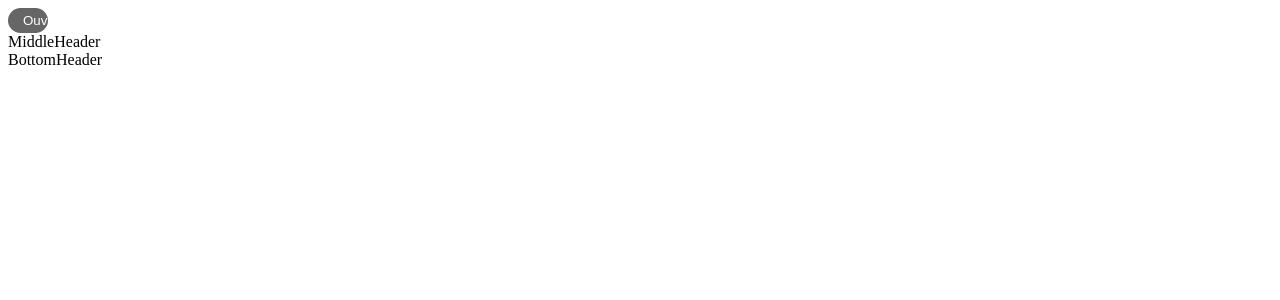
Repository: YuriSarmanho/prodepaSite
Page: / (app in prodepa-site/)
These files come from the project's save history. The page is drawn as it stood at one moment and after the next save; the edit follows.
The browser window is 1280 px wide. The pictures show the whole page.
The project was rebuilt for these pictures with package versions that can differ from the ones it lists, and the page was loaded fresh each time. Also part of the build but not shown: prodepa-site/src/App.css.

Above is the page before, as saved 2022-12-19 14:21:15.

### prodepa-site/public/index.html
<!DOCTYPE html>
<html lang="en">
  <head>
    <meta charset="utf-8" />
    <link rel="icon" href="%PUBLIC_URL%/favicon.ico" />
    <meta name="viewport" content="width=device-width, initial-scale=1" />
    <meta name="theme-color" content="#000000" />
    <meta
      name="description"
      content="Web site created using create-react-app"
    />
    <link rel="apple-touch-icon" href="%PUBLIC_URL%/logo192.png" />

    <link rel="manifest" href="%PUBLIC_URL%/manifest.json" />
    <title>React App</title>
  </head>
  <body>
    <div id="root"></div>
  </body>
</html>

### prodepa-site/src/App.js
import './App.css';
import Header from './sections/Header'

function App() {
  return (
    <>
      <Header/>
    </>
  );
}

export default App;

### prodepa-site/src/sections/Header/index.jsx
import React from 'react'
import TopHeader from './TopHeader'
import MiddleHeader from './MiddleHeader'
import BottomHeader from './BottomHeader'


function Header() {
  return (
    <>
        <TopHeader/>
        <MiddleHeader/>
        <BottomHeader/>
    </>
  )
}

export default Header

### prodepa-site/src/sections/Header/TopHeader/index.jsx
import React from 'react'
import TopHeaderButton from '../../../components/Buttons/TopHeaderButton'


function TopHeader() {
  return (
    <div>
      <TopHeaderButton children = {'Ouvidoria'}/>
    </div>
  )
}

export default TopHeader

### prodepa-site/src/sections/Header/MiddleHeader/index.jsx
import React from 'react'

function MiddleHeader() {
  return (
    <div>MiddleHeader</div>
  )
}

export default MiddleHeader

### prodepa-site/src/sections/Header/BottomHeader/index.jsx
import React from 'react'

function BottomHeader() {
  return (
    <div>BottomHeader</div>
  )
}

export default BottomHeader

### prodepa-site/src/components/Buttons/TopHeaderButton/index.jsx
import React from 'react'
import './index.css'

function TopHeaderButton(props) {
  return (
    <button className='topHeaderButton'>{props.children}</button>
  )
}

export default TopHeaderButton

### prodepa-site/src/components/Buttons/TopHeaderButton/index.css
.topHeaderButton {
    padding: 5px 15px;
    color: #fff;
    background-color: #666 ;
    border: none;
    border-radius: 1rem;
    width: 40px;
}

Loaded but not shown: prodepa-site/src/index.js (common file)

After the next save:
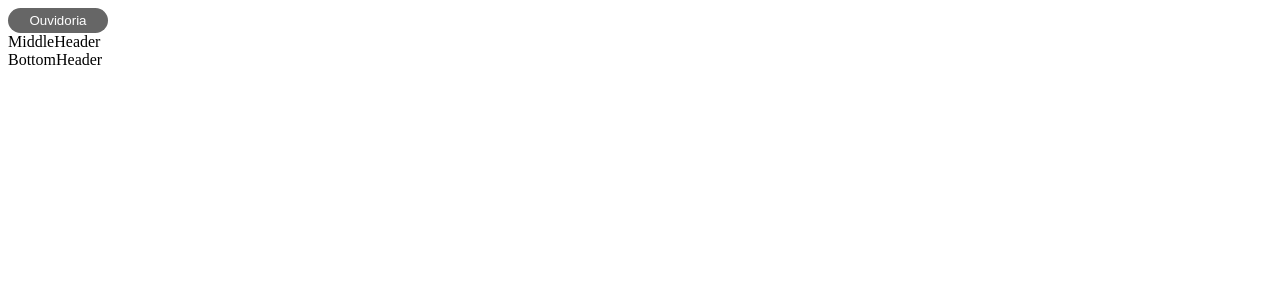
Saved 5 s later.
--- a/prodepa-site/src/components/Buttons/TopHeaderButton/index.css
+++ b/prodepa-site/src/components/Buttons/TopHeaderButton/index.css
@@ -4,5 +4,5 @@
     background-color: #666 ;
     border: none;
     border-radius: 1rem;
-    width: 40px;
+    width: 100px;
 }
